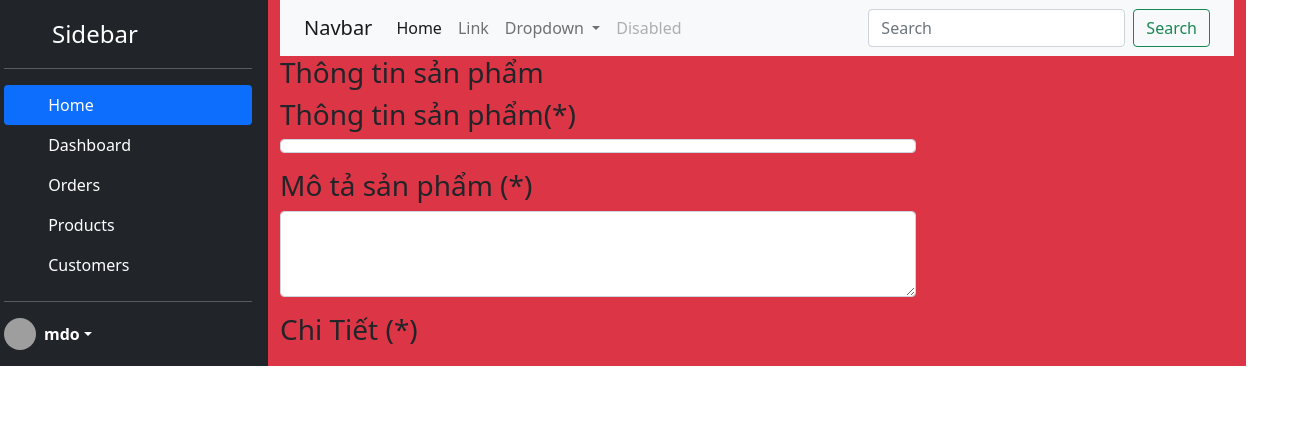
Repository: Lehuyhuynh/BT12-BOOTSTRAP
Page: index.html
The author's editor kept a copy of each file at every save. The page is drawn from the files as they stood at one save, then again after the next save.
The browser window is 1280 px wide. The page is 1292 px wide, so the pictures cover 1292 px, including what lies to the right of the window. The pictures show the whole page.
Pictures or frames that could not be fetched are drawn as grey boxes.

Above is the page before, as saved 2023-08-19 22:25:34.

### index.html
<!DOCTYPE html>
<html lang="en">
<head>
  <link href="https://cdn.jsdelivr.net/npm/bootstrap@5.1.3/dist/css/bootstrap.min.css" rel="stylesheet" integrity="sha384-1BmE4kWBq78iYhFldvKuhfTAU6auU8tT94WrHftjDbrCEXSU1oBoqyl2QvZ6jIW3" crossorigin="anonymous">
  <meta charset="UTF-8">
  <meta name="viewport" content="width=device-width, initial-scale=1.0">
  <title>BT2</title>
</head>
<body>
  <div class="row">
    <div class=" col-3 d-flex flex-column flex-shrink-0 p-3 text-white bg-dark rounded-lg" style="width: 280px;">
      <a href="/" class="d-flex align-items-center mb-3 mb-md-0 me-md-auto text-white text-decoration-none">
        <svg class="bi me-2" width="40" height="32"><use xlink:href="#bootstrap"></use></svg>
        <span class="fs-4">Sidebar</span>
      </a>
      <hr>
      <ul class="nav nav-pills flex-column mb-auto">
        <li class="nav-item">
          <a href="#" class="nav-link active" aria-current="page">
            <svg class="bi me-2" width="16" height="16"><use xlink:href="#home"></use></svg>
            Home
          </a>
        </li>
        <li>
          <a href="#" class="nav-link text-white">
            <svg class="bi me-2" width="16" height="16"><use xlink:href="#speedometer2"></use></svg>
            Dashboard
          </a>
        </li>
        <li>
          <a href="#" class="nav-link text-white">
            <svg class="bi me-2" width="16" height="16"><use xlink:href="#table"></use></svg>
            Orders
          </a>
        </li>
        <li>
          <a href="#" class="nav-link text-white">
            <svg class="bi me-2" width="16" height="16"><use xlink:href="#grid"></use></svg>
            Products
          </a>
        </li>
        <li>
          <a href="#" class="nav-link text-white">
            <svg class="bi me-2" width="16" height="16"><use xlink:href="#people-circle"></use></svg>
            Customers
          </a>
        </li>
      </ul>
      <hr>
      <div class="dropdown">
        <a href="#" class="d-flex align-items-center text-white text-decoration-none dropdown-toggle" id="dropdownUser1" data-bs-toggle="dropdown" aria-expanded="false">
          <img src="https://github.com/mdo.png" alt="" width="32" height="32" class="rounded-circle me-2">
          <strong>mdo</strong>
        </a>
        <ul class="dropdown-menu dropdown-menu-dark text-small shadow" aria-labelledby="dropdownUser1" style="">
          <li><a class="dropdown-item" href="#">New project...</a></li>
          <li><a class="dropdown-item" href="#">Settings</a></li>
          <li><a class="dropdown-item" href="#">Profile</a></li>
          <li><hr class="dropdown-divider"></li>
          <li><a class="dropdown-item" href="#">Sign out</a></li>
        </ul>
      </div>
    </div>
    <div class="main-content bg-danger col-9" >
      <nav class="navbar navbar-expand-lg navbar-light bg-light">
        <div class="container-fluid">
          <a class="navbar-brand" href="#">Navbar</a>
          <button class="navbar-toggler" type="button" data-bs-toggle="collapse" data-bs-target="#navbarSupportedContent" aria-controls="navbarSupportedContent" aria-expanded="false" aria-label="Toggle navigation">
            <span class="navbar-toggler-icon"></span>
          </button>
          <div class="collapse navbar-collapse" id="navbarSupportedContent">
            <ul class="navbar-nav me-auto mb-2 mb-lg-0">
              <li class="nav-item">
                <a class="nav-link active" aria-current="page" href="#">Home</a>
              </li>
              <li class="nav-item">
                <a class="nav-link" href="#">Link</a>
              </li>
              <li class="nav-item dropdown">
                <a class="nav-link dropdown-toggle" href="#" id="navbarDropdown" role="button" data-bs-toggle="dropdown" aria-expanded="false">
                  Dropdown
                </a>
                <ul class="dropdown-menu" aria-labelledby="navbarDropdown">
                  <li><a class="dropdown-item" href="#">Action</a></li>
                  <li><a class="dropdown-item" href="#">Another action</a></li>
                  <li><hr class="dropdown-divider"></li>
                  <li><a class="dropdown-item" href="#">Something else here</a></li>
                </ul>
              </li>
              <li class="nav-item">
                <a class="nav-link disabled" href="#" tabindex="-1" aria-disabled="true">Disabled</a>
              </li>
            </ul>
            <form class="d-flex">
              <input class="form-control me-2" type="search" placeholder="Search" aria-label="Search">
              <button class="btn btn-outline-success" type="submit">Search</button>
            </form>
          </div>
        </div>
      </nav>
      <div class="row">

        <h3>Thông tin sản phẩm<h3>

          <div class="more col-8">

            <div class="product">

              <div class="mb-3">
                <label for="information" class="form-label">Thông tin sản phẩm(*)</label>
                <table class="form-control" id="information" name="information" rows="3"></table>
              </div>

              <div class="mb-3">
                <label for="exampleFormControlTextarea1" class="form-label">Mô tả sản phẩm (*)</label>
                <textarea class="form-control" id="exampleFormControlTextarea1" rows="3"></textarea>
              </div>

              <span>Chi Tiết (*) </span><br>

            </div>

            <div class="data">

            </div>

          </div>

          <div class="category col-4">


          </div>






      </div>
    </div>


  </div>

  <script src="https://cdn.jsdelivr.net/npm/bootstrap@5.1.3/dist/js/bootstrap.bundle.min.js" integrity="sha384-ka7Sk0Gln4gmtz2MlQnikT1wXgYsOg+OMhuP+IlRH9sENBO0LRn5q+8nbTov4+1p" crossorigin="anonymous"></script>
</body>
</html>

After the next save:
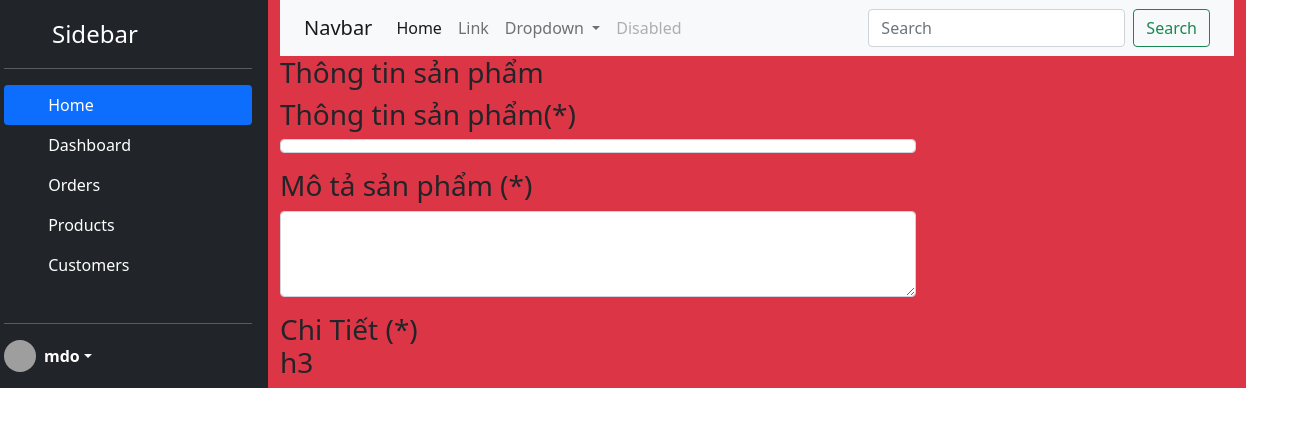
Saved 5 s later.
--- a/index.html
+++ b/index.html
@@ -128,6 +128,7 @@
 
           <div class="category col-4">
 
+            h3
 
           </div>
 

After the 2 saves that followed:
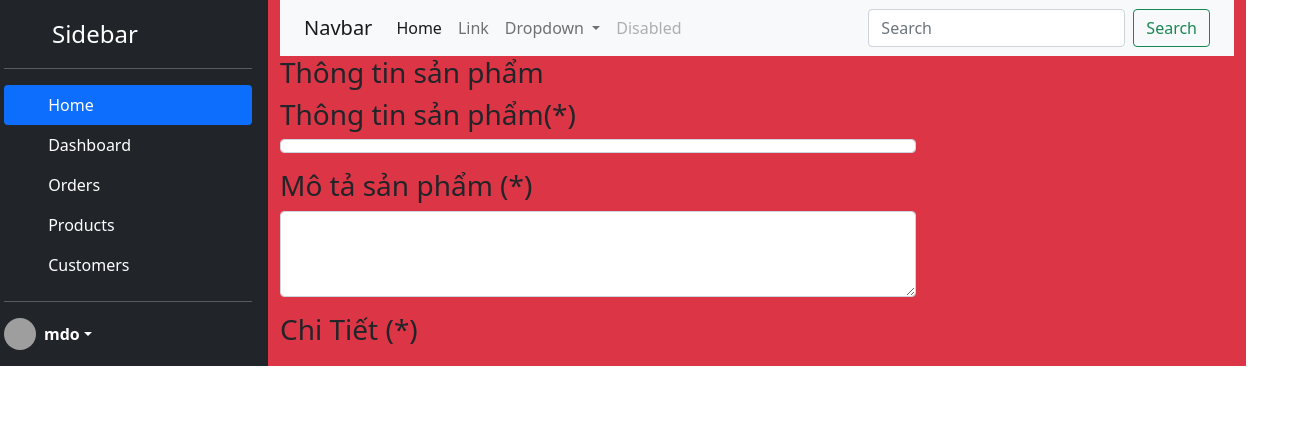
The 2 saves are shown as one change because they came seconds apart.
The last was saved 7 s later.
--- a/index.html
+++ b/index.html
@@ -128,8 +128,7 @@
 
           <div class="category col-4">
 
-            h3
-
+            <h3></h3>
           </div>
 
 
